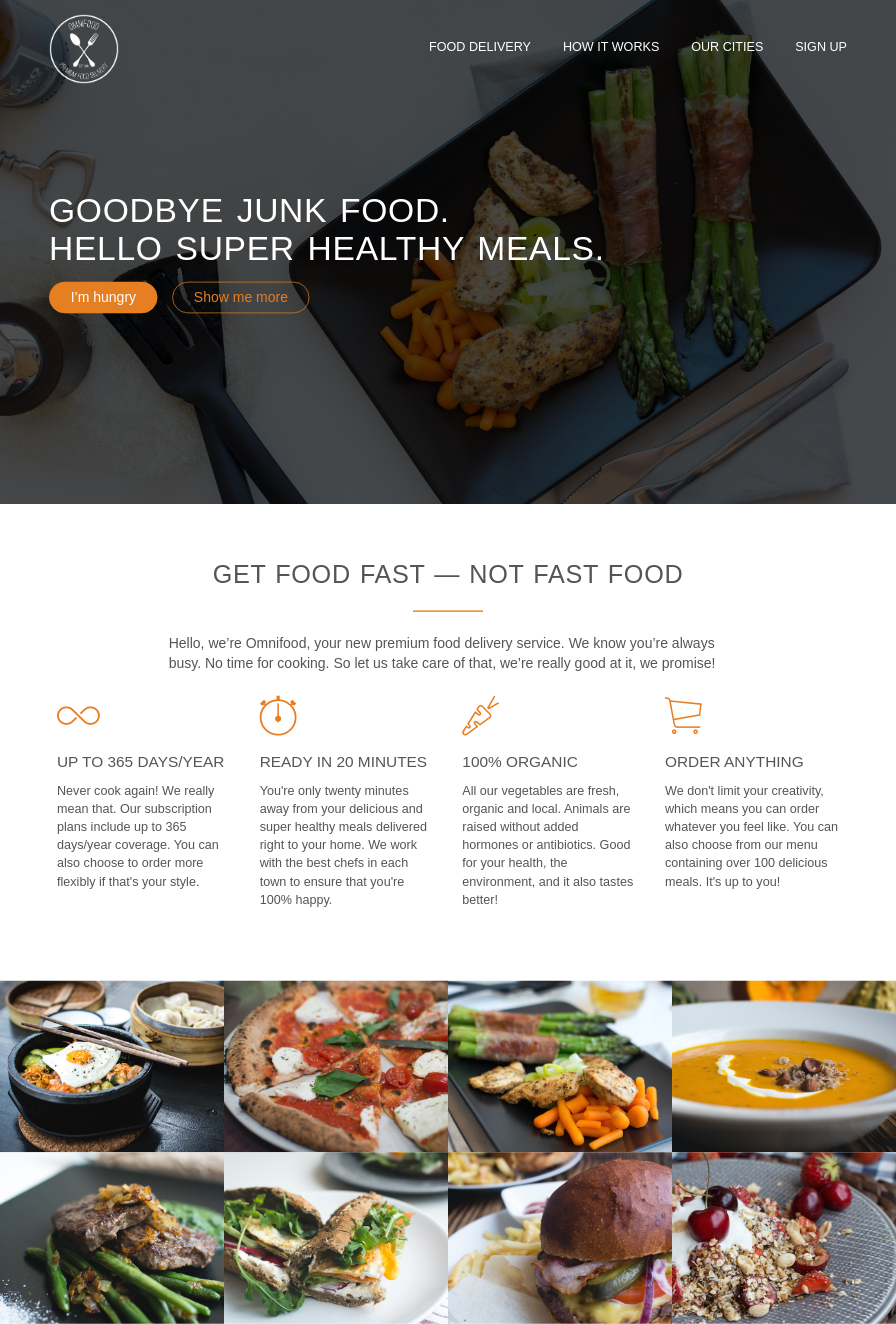
Repository: pboi18/E-Foods
Page: index.html
An editor plug-in stored every save of this project. The page is shown before and after the next save, followed by the edit.
The browser window is 1280 px wide. The pictures show the whole page, at 70% of full size.

Above is the page before, as saved 2020-07-10 14:12:50.

### index.html
<!DOCTYPE html>
<html lang="en">
    <head>
        <meta http-equiv="Content-Type" content="text/html;charset=UTF-8">
        <link rel="stylesheet" href="vendors/css/normalize.css">
        <link rel="stylesheet" href="vendors/css/7.1 Grid.css">
        <link rel="stylesheet" href="vendors/css/ionicons.min.css">
        <link rel="stylesheet" href="resources/css/style.css">
        <link href='http://fonts.googleapis.com/css?family=Lato:100,300,400,300italic' rel='stylesheet' type='text/css'>
        <title>Ominifoods</title>
    </head>

    <body>
        <header>
            <nav>
                <div class="row">
                    <img src="resources/img/logo-white.png" alt="Ominifood logo" class="logo">

                    <ul class="main-nav">
                        <li><a href="#">Food delivery</a></li>
                        <li><a href="#">How it works</a></li>
                        <li><a href="#">Our cities</a></li>
                        <li><a href="#">Sign up</a></li>
                    </ul>

                </div>
            </nav>
            <div class="hero-text-box">
                <h1>Goodbye junk food. <br> Hello super healthy meals.</h1>
                <a href="#" class="btn btn-full">I’m hungry </a>
                <a href="#" class="btn btn-ghost">Show me more </a>
            </div>

        </header>

        <section class="section-features">
            <div class="row">
                <h2>Get food fast &mdash; not fast food</h2>
                <p class="long-copy">
                    Hello, we’re Omnifood, your new premium food delivery service. We know you’re always busy. No time for cooking. So let us take care of that, we’re really good at it, we promise!
                </p>
            </div>

            <div class="row">
                <div class="col span-1-of-4 box">
                    <e class="ion-ios-infinite-outline icon-big"></e>
                    <h3>Up to 365 days/year</h3>
                    <p>
                        Never cook again! We
                        really mean that. Our subscription
                        plans include up to 365
                        days/year coverage. You can
                        also choose to order more
                        flexibly if that's your style.
                    </p>
                </div>

                <div class="col span-1-of-4 box">
                    <e class="ion-ios-stopwatch-outline icon-big"></e>
                    <h3>Ready in 20 minutes</h3>
                    <p>
                        You're only twenty minutes
                        away from your delicious and
                        super healthy meals delivered
                        right to your home. We work
                        with the best chefs in each
                        town to ensure that you're
                        100% happy.
                    </p>
                </div>

                <div class="col span-1-of-4 box">
                    <e class="ion-ios-nutrition-outline icon-big"></e>
                    <h3>100% organic</h3>
                    <p>
                        All our vegetables are fresh, organic and local. Animals are raised without added hormones or antibiotics. Good for your health, the environment, and it also tastes better!
                    </p>
                </div>

                <div class="col span-1-of-4 box">
                    <e class="ion-ios-cart-outline icon-big"></e>
                    <h3>Order anything</h3>
                    <p>
                        We don't limit your creativity, which means you can order whatever you feel like. You can also choose from our menu containing over 100 delicious meals. It's up to you!
                    </p>
                </div>
            </div>
        </section>

        <section class="section-meals">
            <ul class="meals-showcase">
                <li>
                    <figure class="meal-photo">
                        <img src="resources/img/1.jpg" alt="Korean bibimbap with egg and vegetables">
                    </figure>
                </li>
                <li>
                    <figure class="meal-photo">
                        <img src="resources/img/2.jpg" alt="Simple italian pizza with cherry tomatoes">
                    </figure>
                </li>
                <li>
                    <figure class="meal-photo">
                        <img src="resources/img/3.jpg" alt="Chicken breast steak with vegetables ">
                    </figure>
                </li>
                <li>
                    <figure class="meal-photo">
                        <img src="resources/img/4.jpg" alt="Autumn pumpkin soup">
                    </figure>
                </li>
            </ul>

            <ul class="meals-showcase">
                <li>
                    <figure class="meal-photo">
                        <img src="resources/img/5.jpg" alt="Paleo beef steak with vegetables">
                    </figure>
                </li>
                <li>
                    <figure class="meal-photo">
                        <img src="resources/img/6.jpg" alt="Healthy baguette with egg and vegetables">
                    </figure>
                </li>
                <li>
                    <figure class="meal-photo">
                        <img src="resources/img/7.jpg" alt="Burger with cheddar and bacon">
                    </figure>
                </li>
                <li>
                    <figure class="meal-photo">
                        <img src="resources/img/8.jpg" alt="Granola with cherries and strawberries">
                    </figure>
                </li>
            </ul>
        </section>
    </body>


</html>

### resources/css/style.css
/*  --------------------------- */
/*  BASIC SETUP */
/*  --------------------------- */

* {
    margin: 0;
    padding: 0;
    box-sizing: border-box;
}

html {
    background-color: #fff;
    color: #555;
    font-family: Arial, Helvetica, sans-serif,'Lato';
    font-weight: 300;
    font-size: 20px;
    text-rendering: optimizeLegibility;
}


/*  --------------------------- */
/*  REUSEABLE COMPONENTS */
/*  --------------------------- */


.row {
    max-width: 1140px;
    margin: 0 auto;
}

section {
    padding: 80px 0;
}

.box {
    padding: 1%;
}

/*  --------------------------- */
/*  HEADINGS */
/*  --------------------------- */

h1,
h2,
h3 {

    font-weight: 300;
    text-transform: uppercase;
}

h1 {
    margin-top: 0;
    margin-bottom: 20px;
    color: #fff;
    font-size: 240%;
    word-spacing: 4px;
    letter-spacing: 1px;
}

h2 {
    font-size: 180%;
    word-spacing: 2px;
    text-align: center;
    margin-bottom: 30px;
    letter-spacing: 1px;
}

h3 {
    font-size: 110%;
    margin-bottom: 15px;
}

h2:after {
    display: block;
    height: 2px;
    background-color: #e67e22;
    content: " ";
    width: 100px;
    margin: 0 auto;
    margin-top: 30px;
}


/*  --------------------------- */
/*  paragraps*/
/*  --------------------------- */


.long-copy {
    line-height: 145%;
    width: 70%;
    margin-left: 15%;
}

.box p {
    font-size: 90%;
    line-height: 145%;
}


/*  --------------------------- */
/*  ICONS */
/*  --------------------------- */

.icon-big {
    font-size: 350%;
    display: block;
    color: #e67e22;
    margin-bottom: 10px;
}


/*  --------------------------- */
/*  BUTTONS */
/*  --------------------------- */

.btn:link,
.btn:visited {
    display: inline-block;
    padding: 10px 30px;
    font-weight: 300;
    text-decoration: none;
    border-radius: 200px;
    transition: all 0.2s;
}


.btn-full:link,
.btn-full:visited {
    background-color: #e67e22;
    border: 1px solid #e67e22;
    color: #fff;
    margin-right: 15px;
}

.btn-ghost:link,
.btn-ghost:visited {
    border: 1px solid #e67e22;
    color: #e67e22;
}

.btn:hover,
.btn:active {
    background-color: #cf6d17;
}


.btn-full:hover,
.btn-full:active {
    border: 1px solid #cf6d17;
}

.btn-ghost:hover,
.btn-ghost:active {
    border: 1px solid #e67e22;
    color: #fff;
}

/*  --------------------------- */
/*  HEADER */
/*  --------------------------- */

header {
    background-image: linear-gradient(rgba(0, 0, 0, 0.7), rgba(0, 0, 0, 0.7)), url(img/hero.jpg);
    background-size: cover;
    background-position: center;
    height: 100vh;
}


.hero-text-box {
    position: absolute;
    width: 1140px;
    top: 50%;
    left: 50%;
    transform: translate(-50%, -50%);
}

.logo {
    height: 100px;
    width: auto;
    float: left;
    margin-top: 20px;
}

.main-nav {
    float: right;
    list-style: none;
    margin-top: 55px;
}

.main-nav li {
    display: inline-block;
    margin-left: 40px;
}

.main-nav li a:link,
.main-nav li a:visited {
    padding: 5px 0px;
    color: #fff;
    text-decoration: none;
    text-transform: uppercase;
    font-size: 90%;
    border-bottom: 2px solid transparent;
    transition: all 0.2s;

}
.main-nav li a:hover,
.main-nav li a:active {
    border-bottom: 2px solid #e67e22;
}


/*  --------------------------- */
/*  MEALS */
/*  --------------------------- */

.section-meals {
    padding: 0;
}

.meals-showcase {
    list-style: none;
    width: 100%;

}

.meals-showcase li {
    display: block;
    float: left;
    width: 25%;
}

.meal-photo {
    width: 100%;
    margin: 0;
    overflow: hidden;
}

.meal-photo img {
    width: 100%;
    height: auto;
    transform: scale(1.15);
}


.meal-photo img:hover {
    transform: scale(1.03);
    transition: all 0.5s;
}

Loaded but not shown: vendors/css/normalize.css (library); vendors/css/7.1 Grid.css (library); vendors/css/ionicons.min.css (library)

After the next save:
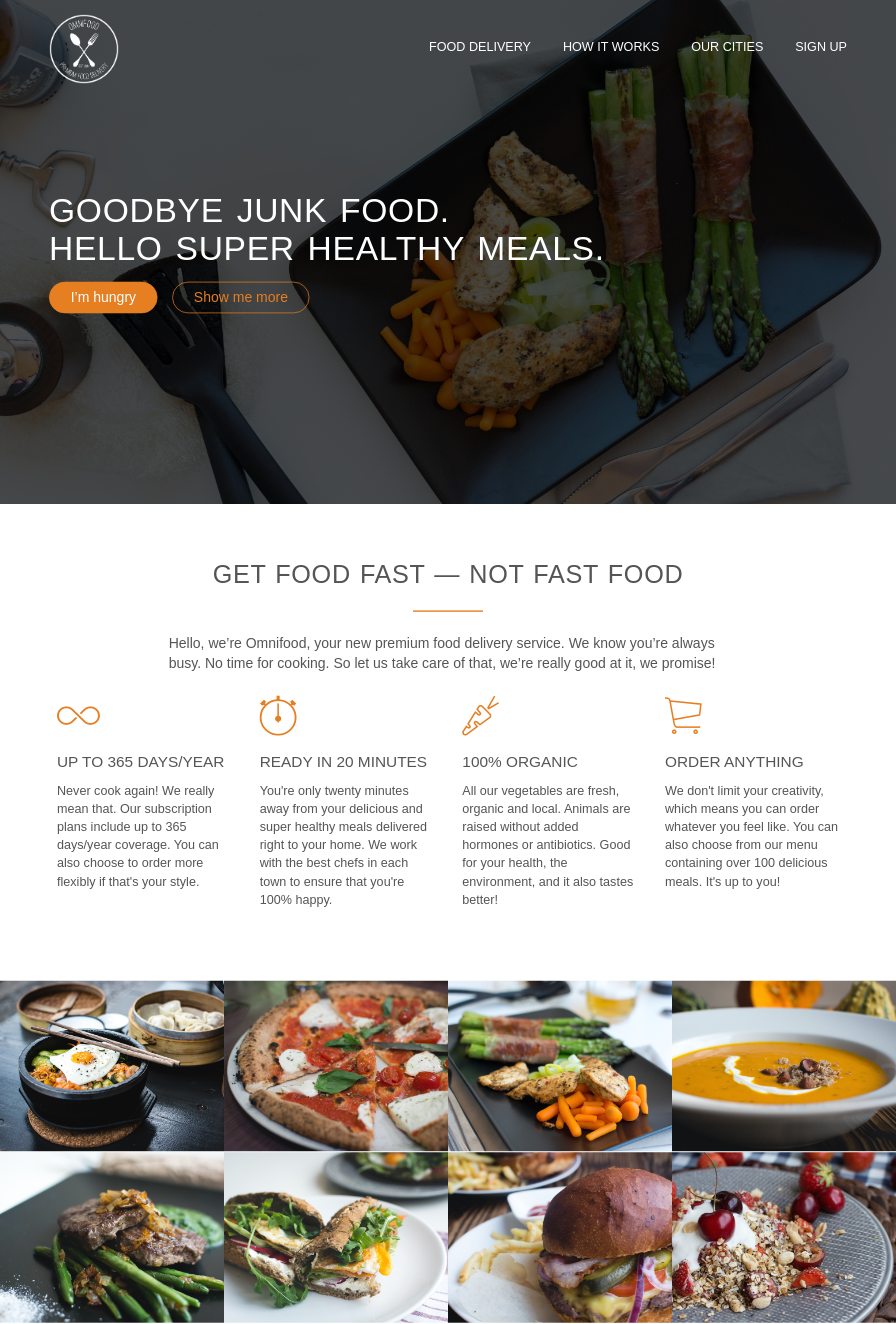
Saved 34 s later.
--- a/resources/css/style.css
+++ b/resources/css/style.css
@@ -240,11 +240,11 @@ header {
 .meal-photo img {
     width: 100%;
     height: auto;
+    transform: scale(1.03);
+}
+
+
+.meal-photo img:hover {
     transform: scale(1.15);
-}
-
-
-.meal-photo img:hover {
-    transform: scale(1.03);
     transition: all 0.5s;
 }
